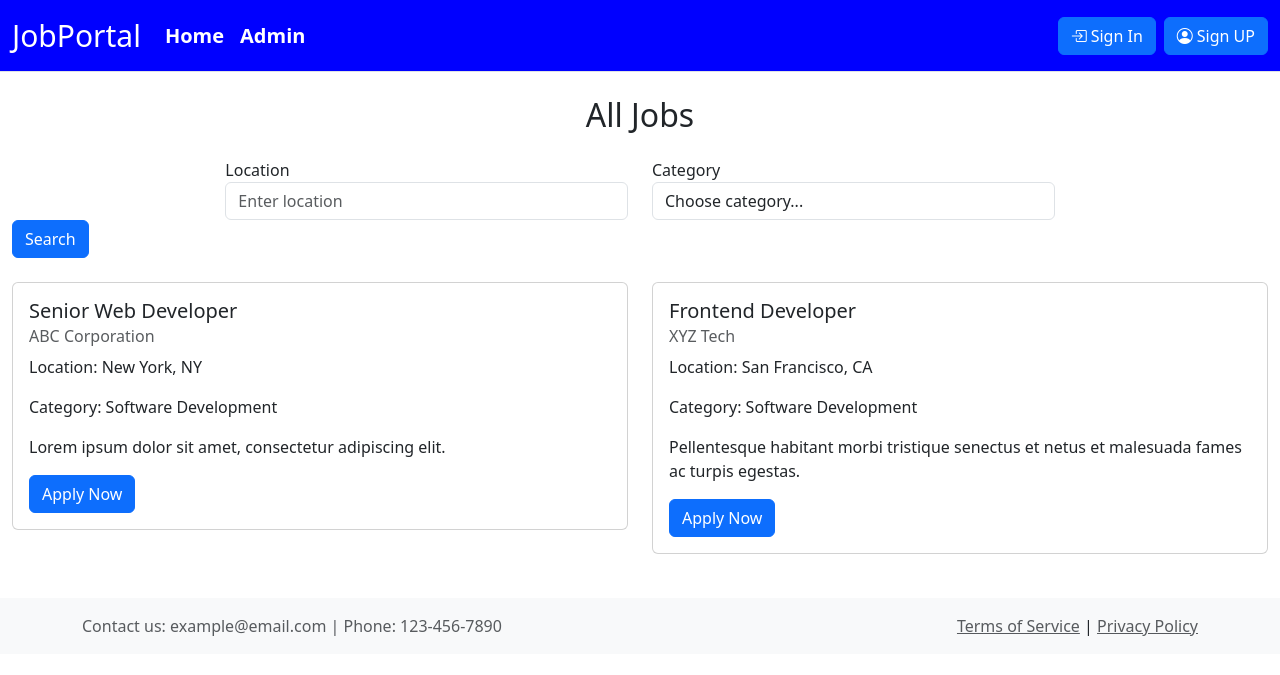
Repository: smruti12344/Job_Portal
Page: http://localhost/Job_portal/home.jsp
The author's editor kept a copy of each file at every save. The page is drawn from the files as they stood at one save, then again after the next save.
The browser window is 1280 px wide. The pictures show the whole page.
Some web libraries are served in a nearby version. The page is served by Tomcat 9.

Above is the page before, as saved 2024-04-17 06:07:02.

After the next save:
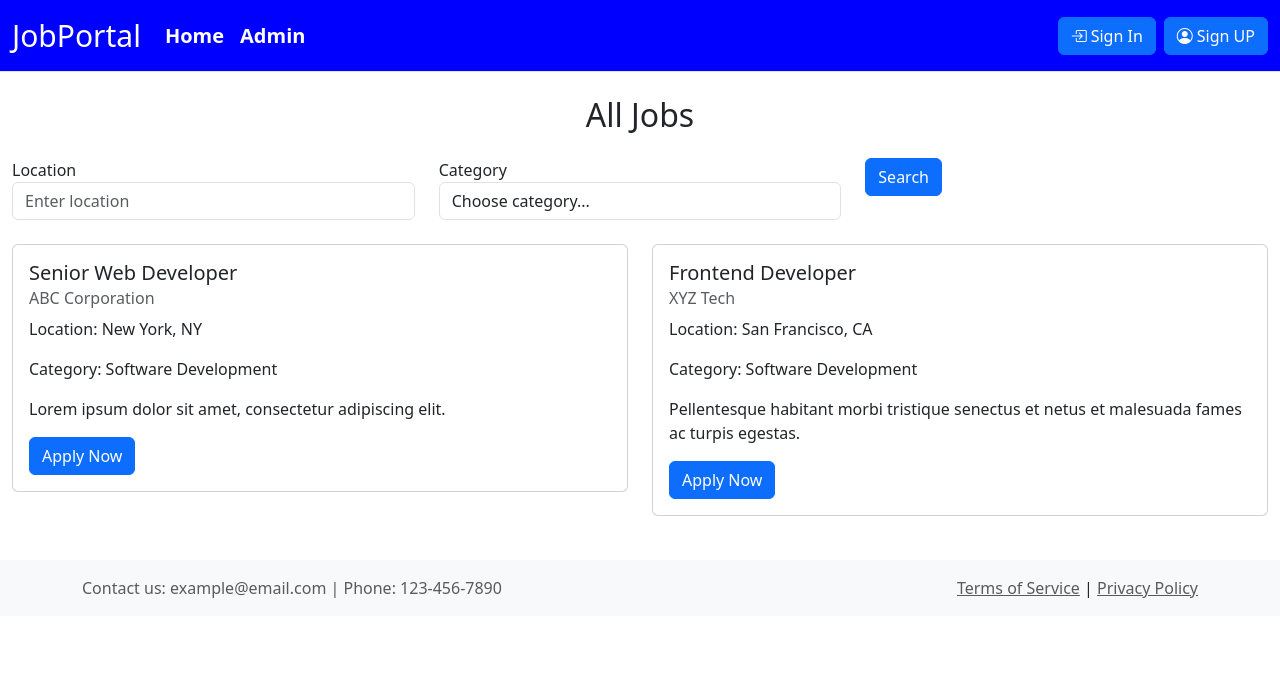
Saved 25 s later.
--- a/Job_portal/src/main/webapp/home.jsp
+++ b/Job_portal/src/main/webapp/home.jsp
@@ -39,7 +39,7 @@
                     </select>
                 </div>
 
-               <div>
+               <div class="col-md-4">
                 <button type="submit" class="btn btn-primary text-center">Search</button> </div>
             </div>
 
